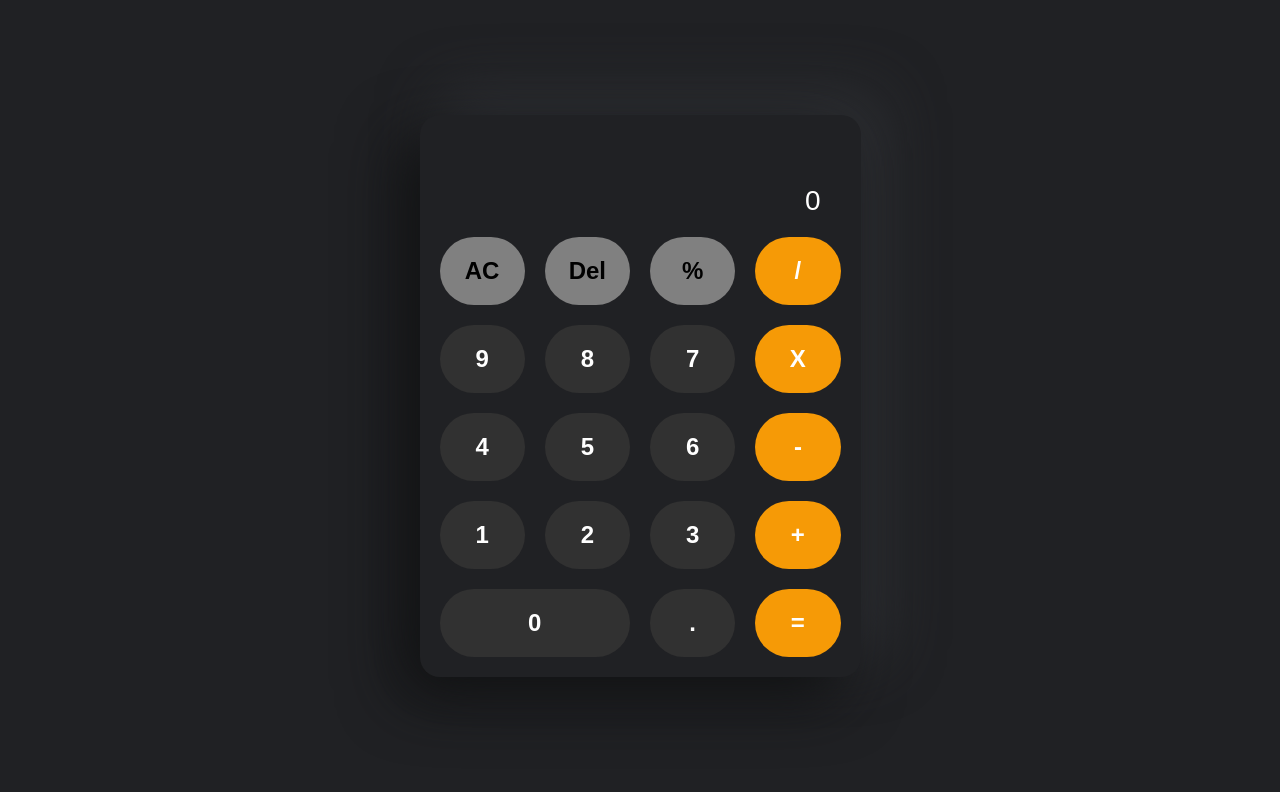
Repository: ble-syn/reactCalculator
Page: /
The author's editor kept a copy of each file at every save. The page is drawn from the files as they stood at one save, then again after the next save.
The browser window is 1280 px wide. The pictures show the whole page.
The project was rebuilt for these pictures with package versions that can differ from the ones it lists, and the page was loaded fresh each time.

Above is the page before, as saved 2022-10-06 22:45:51.

After the next save:
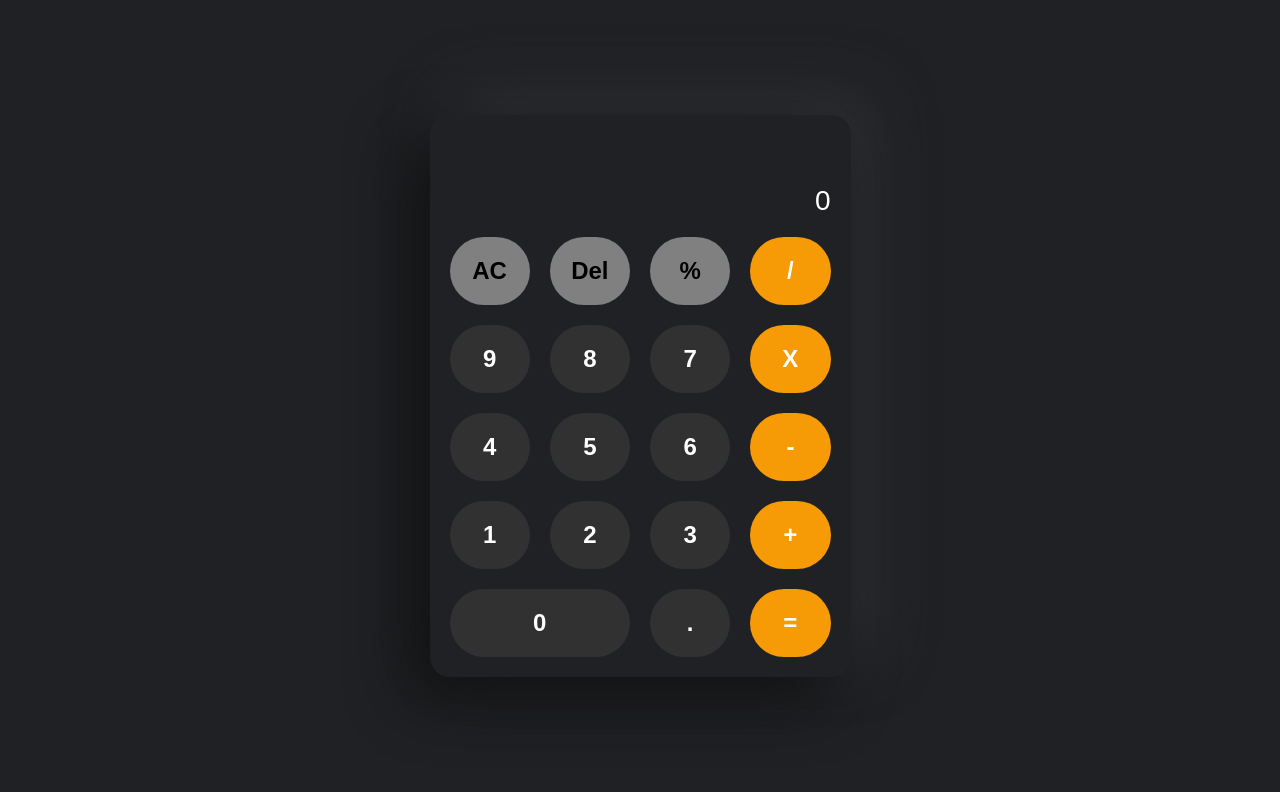
Saved 7 min 56 s later.
--- a/src/index.css
+++ b/src/index.css
@@ -28,7 +28,7 @@ body{
   width: 100%;
   text-align: right;
   font-size: 28px;
-  padding: 50px 20px 20px;
+  padding: 50px 0 20px 20px;
   color: #fff;
   background-color: #202124;
 }
